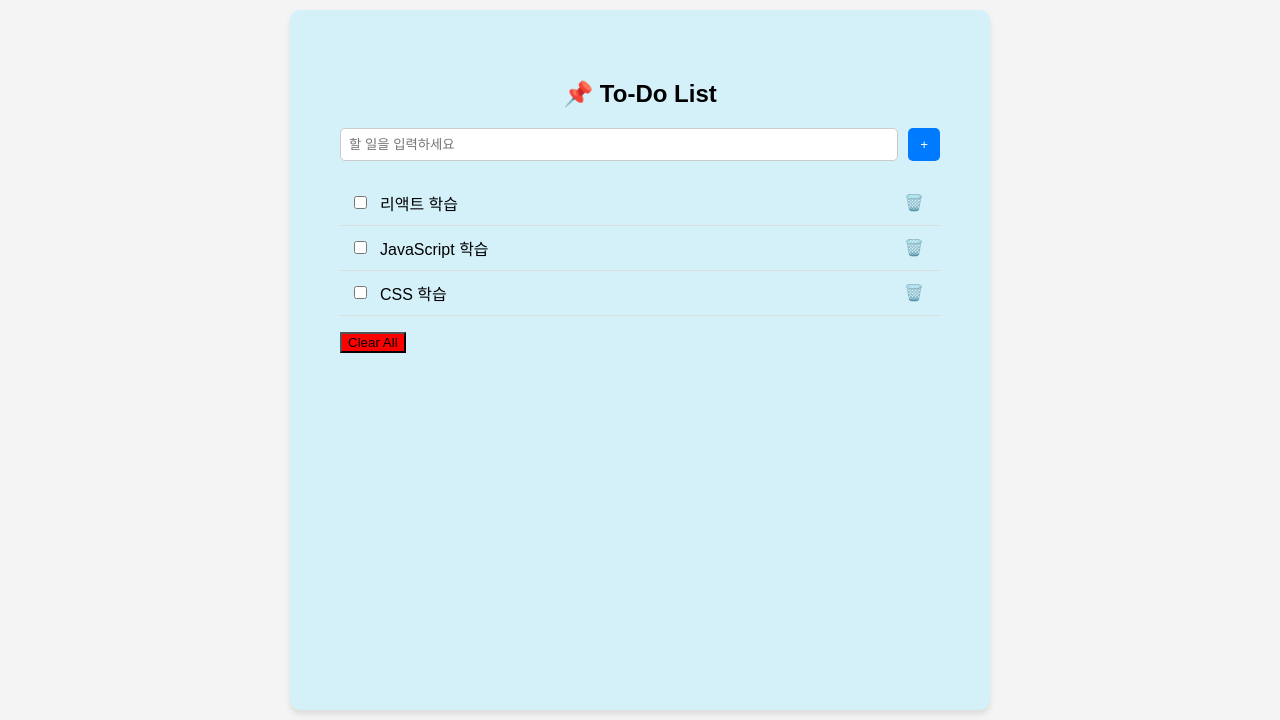
Repository: jongheonleee/todo-list
Page: /
These files come from the project's save history. The page is drawn as it stood at one moment and after the next save; the edit follows.
The browser window is 1280 px wide. The pictures show the whole page.
The project was rebuilt for these pictures with package versions that can differ from the ones it lists, and the page was loaded fresh each time.

Above is the page before, as saved 2025-02-20 13:16:57.

### src/App.js

import React from "react";
import { useState } from "react";
import "./App.css";
import InputForm from "./components/InputForm";
import ToDoList from "./components/ToDoList";


const App = () => {
  // 해당 컴포넌트에서 관리해야할 필드값 정의

  // 기본적으로 보여줄 리스트
  const [ id, setId ] = useState(''); // 특정 아잉템에 해당하는 id
  const [ items, setItems ] = useState([{ id : 1,   text : "리액트 학습",       done : false},
                                        { id : 2,   text : "JavaScript 학습", done : false},
                                        { id : 3,   text : "CSS 학습",        done : false}]); // 기본적으로 보여줄 items
  const [ text, setText ] = useState('');
  const [ done, setDone ] = useState(false);

  // 해당 컴포넌트에서 관리하는 필드값을 핸들링하는 함수 정의

  // 삭제 버튼 누르면 해당 아이템을 삭제함
  const handleDelete = (id) => {
    // 삭제 버튼 누르면 해당 아이템을 삭제함

    // - 사용자가 누른 아이템의 id가 현재 배열에 있는지 확인
    // - 해당 id에 대응되는 아이템이 있으면 해당 아이템을 제거한다
    const newItems = items.filter(item => item.id !== id);

    // 알림창 띄우기
    notify('Item deleted successfully');

    // - items를 업데이트한다
    setItems(newItems);

    // - id를 초기화한다.
    setId(-1);

  };

  const handleSubmit = (e) => {
    // 입력 폼을 입력하고 추가 버튼을 누르면 새로운 아이템을 등록함

    // - 리프레시 방지
    e.preventDefault();

    // - 작성한 타이틀 유효성 검증
    if (!isValidText(text)) {
      notify('please enter a right text');
      return;
    }

    // - 아이템 등록 처리
    const newItem = {id : crypto.randomUUID(), text: text, done: false};

    // - 아이템 배열에 추가
    const newItems = [...items, newItem];
    setItems(newItems);

    // - 아이템 추가되었음을 알림
    notify('Item added successfully');

    // - 초기화
    setId('');
    setText('');
    setDone(false);
  };


  const handleText = (e) => {
    // todo-item 타이틀 작성시 상태 변경
    setText(e.target.value);
  }


  const clearItems = () => {
    // 모든 아이템을 지움
    const newItems = [];
    setItems(newItems);
  }

  // 특정 작업 수행시 알림창 띄우기
  const notify = (message) =>  {
      alert(message);
  }

  // 아이템 유효성 검증
  const isValidText = (text) => {
    return text !== null && text.length > 0;
  }

  // 렌더링할 페이지 형태
  return (
    <div className="container">
      <div className="sub-container">
        <h2>📌 To-Do List</h2>
          {/* 입력 부분  */}
          <InputForm
            handleSubmit={handleSubmit}
            handleText={handleText}
          />

          {/* todo-list 부분 */}
          <ToDoList
            items={items}
            handleDelete={handleDelete}
          />

            {/* 모두 삭제 처리 */}
          <button
            onClick={clearItems}
            className="clear-btn"
          >
          Clear All
          </button>
      </div>

    </div>
  );
}

export default App;

### src/App.css
/* styles.css */
.container {
  font-family: Arial, sans-serif;
  background-color: #f4f4f4;
  display: flex;
  justify-content: center;
  align-items: center;
  height: 100vh;
  margin: 0;
}

.sub-container {
  background-color: #D4F1F9;
  padding: 50px;
  border-radius: 10px;
  box-shadow: 0 4px 6px rgba(0, 0, 0, 0.1);
  width: 600px;
  height: 600px;
}

h2 {
  text-align: center;
  margin-bottom: 20px;
}

.input-area {
  display: flex;
  gap: 10px;
}

input[type="text"] {
  flex: 1;
  padding: 8px;
  border: 1px solid #ccc;
  border-radius: 5px;
}

.add-btn {
  background: #007bff;
  color: white;
  border: none;
  padding: 8px 12px;
  cursor: pointer;
  border-radius: 5px;
}

.add-btn:hover {
  background: #0056b3;
}

.todo-list {
  list-style: none;
  padding: 0;
  margin-top: 20px;
}

.todo-list li {
  display: flex;
  justify-content: space-between;
  align-items: center;
  padding: 10px;
  border-bottom: 1px solid #ddd;
}

.todo-item {
  display: flex;
  align-items: center;
  gap: 10px;
}

.delete-btn {
  background: none;
  border: none;
  color: red;
  cursor: pointer;
  font-size: 16px;
}

.delete-btn:hover {
  color: darkred;
}

.clear-btn {
  background-color: red;
}

### src/components/InputForm.js
import React from "react";
import "./InputForm.css";

const InputForm = ({ handleSubmit, handleText }) => {
    return (
        <form
            className="input-area"
            onSubmit={handleSubmit}
        >
            <input
                type="text"
                placeholder="할 일을 입력하세요"
                onChange={handleText}
            />
            <button
                type="submit"
                className="add-btn"
            >
            +
            </button>
        </form>
    );
}

export default InputForm;

### src/components/ToDoList.js
import React from "react";
import ToDoItem from "./ToDoItem";
import "./ToDoList.css"

const ToDoList = ({ items, handleDelete }) => {
    return (
        <ul className="todo-list">
            {
                items.map(item => {
                    return (
                        <ToDoItem
                            id={item.id}
                            text={item.text}
                            done={item.done}
                            handleDelete={handleDelete}
                        />
                    )
                })
            }
            {/* <li>
                <div className="todo-item">
                    <input type="checkbox" />
                    <span>리액트 학습</span>
                </div>
                <button className="delete-btn">🗑️</button>
            </li> */}
          {/* <li>
            <div className="todo-item">
              <input type="checkbox" />
              <span>JavaScript 학습</span>
            </div>
            <button className="delete-btn">🗑️</button>
          </li>
          <li>
            <div className="todo-item">
              <input type="checkbox" />
              <span>CSS 학습</span>
            </div>
            <button className="delete-btn">🗑️</button>
          </li> */}
        </ul>
    )
}

export default ToDoList;

### src/components/InputForm.css
.input-area {
    display: flex;
    gap: 10px;
}

input[type="text"] {
    flex: 1;
    padding: 8px;
    border: 1px solid #ccc;
    border-radius: 5px;
}

.add-btn {
    background: #007bff;
    color: white;
    border: none;
    padding: 8px 12px;
    cursor: pointer;
    border-radius: 5px;
}

.add-btn:hover {
    background: #0056b3;
}

### src/components/ToDoItem.js
import React from "react";
import "./ToDoItem.css"

// item은 3가지 필드를 지님
// - id, text, done
const ToDoItem = ({ id, text, done, handleDelete }) => {
    return (
        <li>
            <div
                id={id}
                className="todo-item"
            >
                <input type="checkbox" />
                <span>{done ? <del>text</del> : text}</span>
            </div>
            <button className="delete-btn" onClick={() => handleDelete(id)}>🗑️</button>
        </li>
    )
}

export default ToDoItem;

### src/components/ToDoList.css
.todo-list {
    list-style: none;
    padding: 0;
    margin-top: 20px;
}

.todo-item li {
    display: flex;
    justify-content: space-between;
    align-items: center;
    padding: 10px;
    border-bottom: 1px solid #ddd;
}

.todo-item {
    display: flex;
    align-items: center;
    gap: 10px;
}

.delete-btn {
    background: none;
    border: none;
    color: red;
    cursor: pointer;
    font-size: 16px;
}

.delete-btn:hover {
    color: darkred;
}

### src/components/ToDoItem.css
.todo-item li {
    display: flex;
    justify-content: space-between;
    align-items: center;
    padding: 10px;
    border-bottom: 1px solid #ddd;
}

.todo-item {
    display: flex;
    align-items: center;
    gap: 10px;
}

.delete-btn {
    background: none;
    border: none;
    color: red;
    cursor: pointer;
    font-size: 16px;
}

.delete-btn:hover {
    color: darkred;
}

Loaded but not shown: public/index.html (common file); src/index.js (common file); src/index.css (common file); src/reportWebVitals.js (common file)

After the next save:
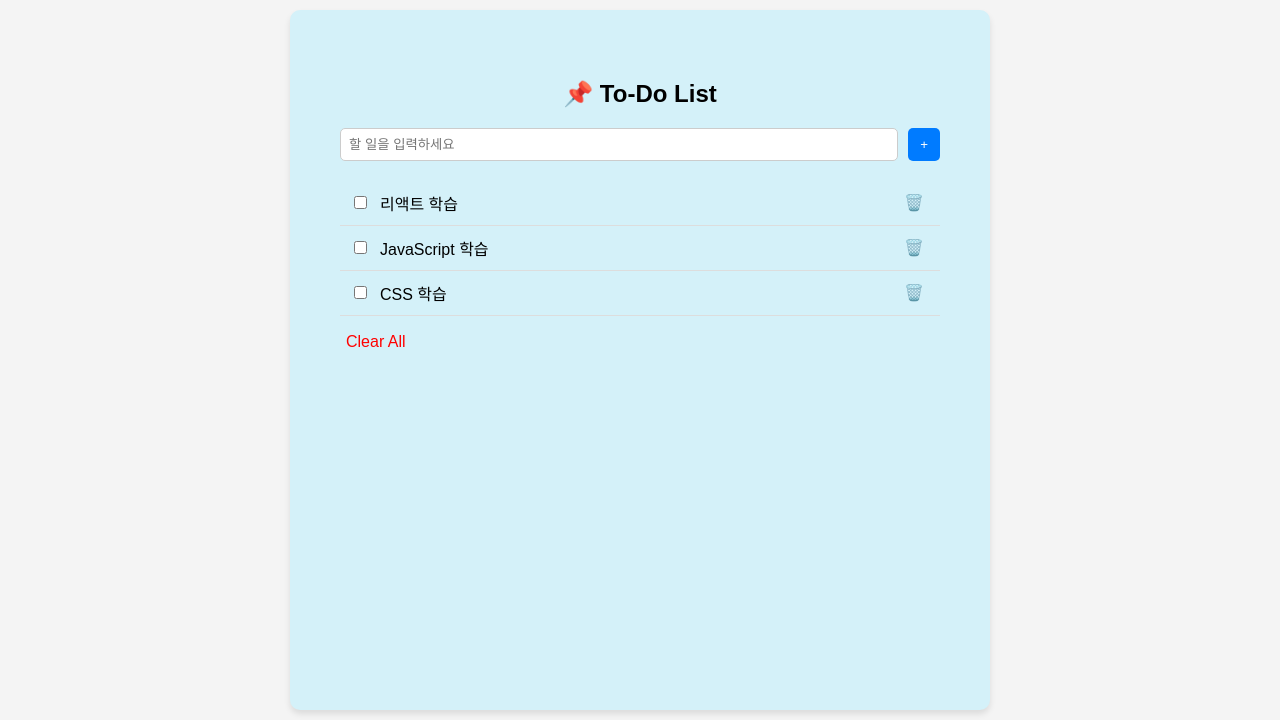
Saved 12 s later.
--- a/src/App.css
+++ b/src/App.css
@@ -81,5 +81,9 @@ input[type="text"] {
 }
 
 .clear-btn {
-  background-color: red;
+  background: none;
+  border: none;
+  color: red;
+  cursor: pointer;
+  font-size: 16px;
 }
